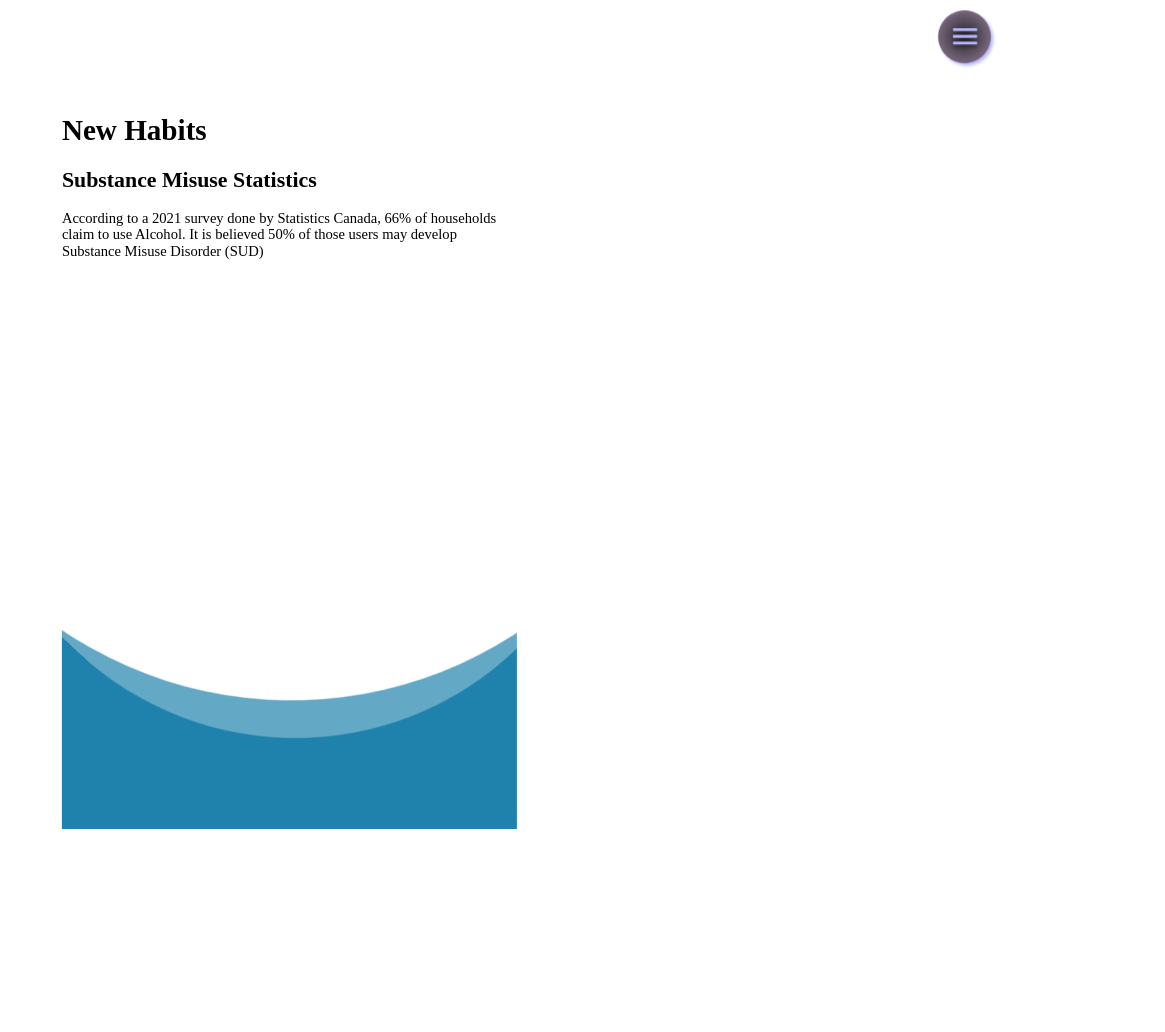
Repository: olivia-sk/MDIA-2109-2106-Big-Project
Page: /
The author's editor kept a copy of each file at every save. The page is drawn from the files as they stood at one save, then again after the next save.
The browser window is 1280 px wide. The pictures show the whole page, at 91% of full size.
The project was rebuilt for these pictures with package versions that can differ from the ones it lists, and the page was loaded fresh each time. The framework's server and built-in components were replaced by stand-ins that run in the browser. Also part of the build but not shown: next.config.js, styles/globals.css, components/PieChart/PieChart.module.css, components/PieChart/index.js, components/Button/Button.module.css, components/Button/index.js.

Above is the page before, as saved 2023-04-15 13:23:11.

After the next save:
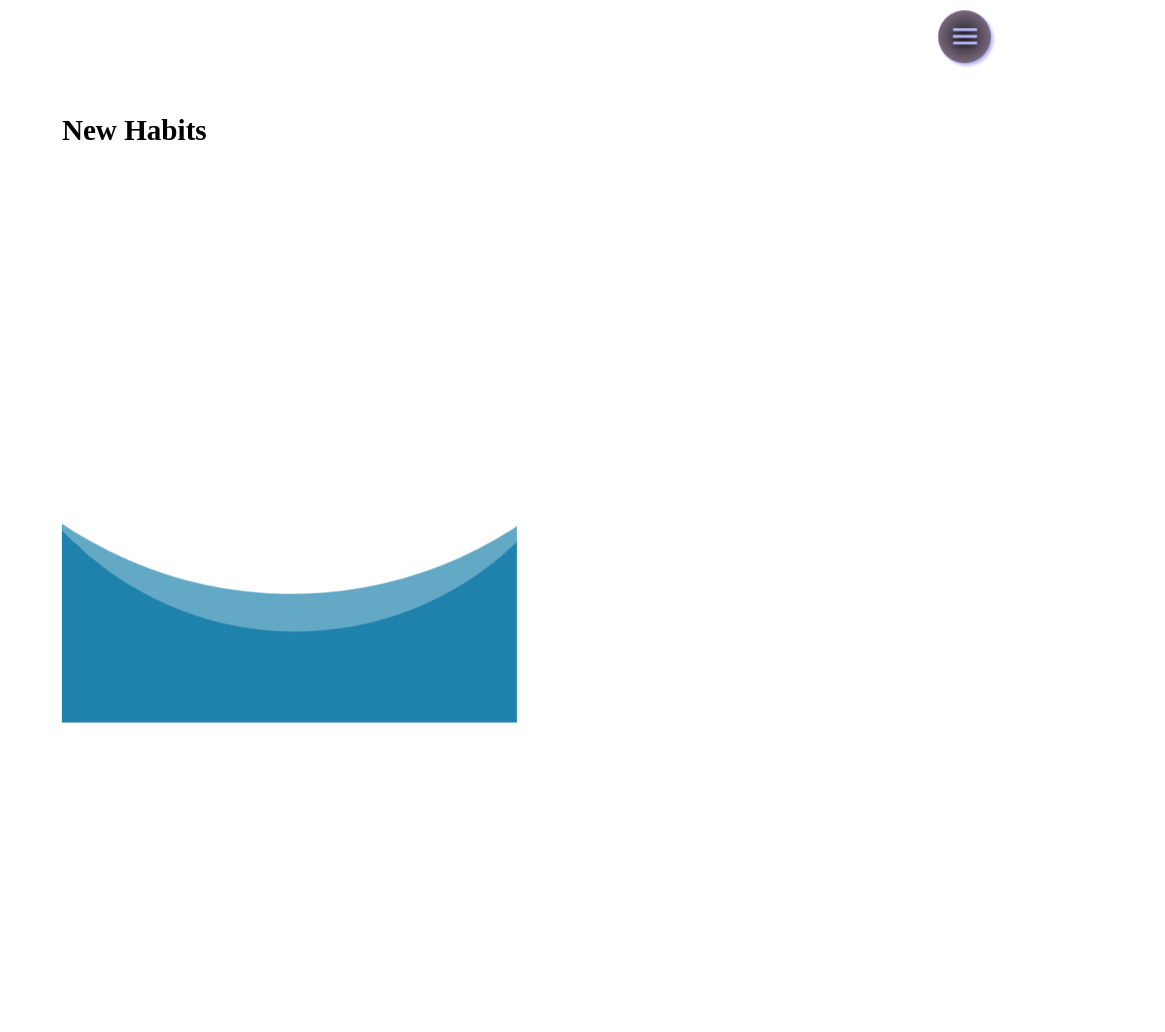
Saved 47 s later.
--- a/pages/index.js
+++ b/pages/index.js
@@ -21,12 +21,8 @@
       </Head>
       <main className={styles.main}>
         <div>
-        <h1 className={styles.title}>New Habits</h1>
+        <h1>New Habits</h1>
       <Navigation/>
-        <div className={styles.box}>
-        <h2>Substance Misuse Statistics</h2>
-        <p>According to a 2021 survey done by Statistics Canada, 66% of households claim to use Alcohol. It is believed 50% of those users may develop Substance Misuse Disorder (SUD)</p>
-        </div>
         <WaterWave />
         </div>
       </main>
